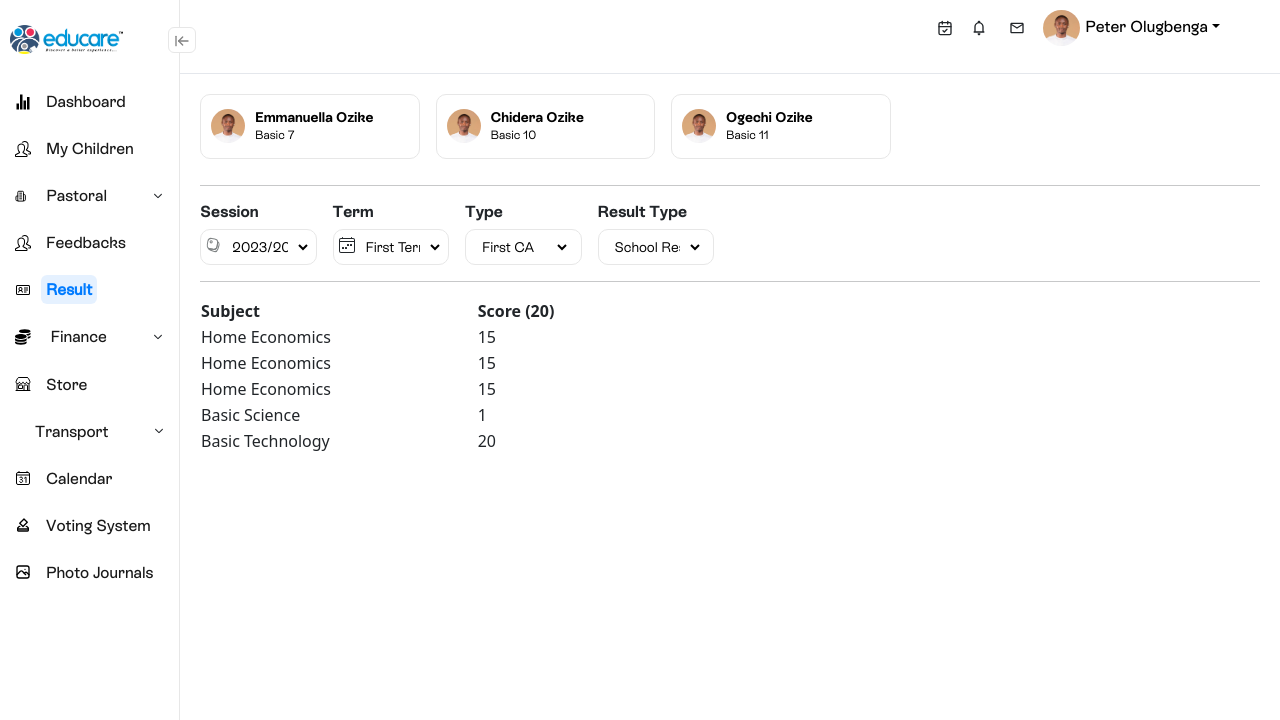
Repository: sarahnnanyelugo/educare-dashboards
Page: /result
The author's editor kept a copy of each file at every save. The page is drawn from the files as they stood at one save, then again after the next save.
The browser window is 1280 px wide. The pictures show the whole page.
The project was rebuilt for these pictures with package versions that can differ from the ones it lists, and the page was loaded fresh each time. Also part of the build but not shown: src/Dashboards/Parents/MainView/main-view.scss, src/components/News/news.scss, src/components/News/News.js, src/TestData/newsData.js, src/TestData/schEvents.js, src/components/ResultChart/ResultChart.js, src/components/Calender/calender.scss, src/components/Calender/Calender.js and 13 more.

Above is the page before, as saved 2024-10-16 12:22:11.

After the next save:
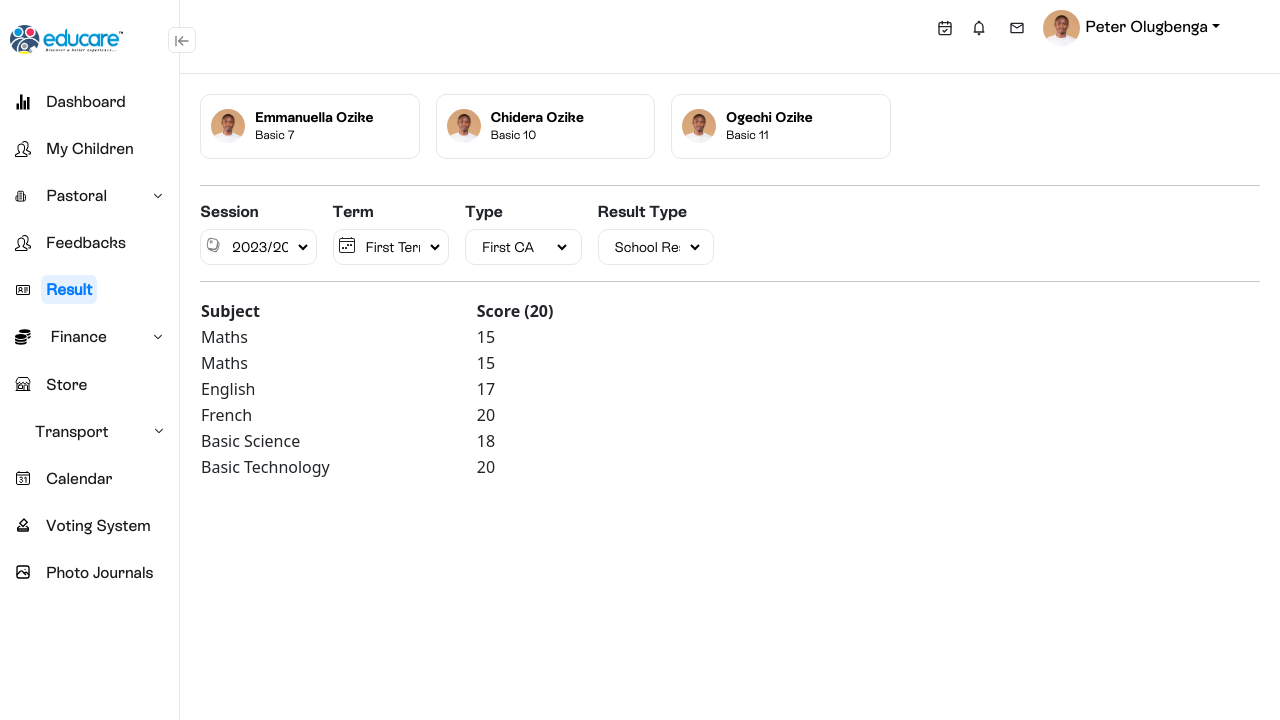
Saved 53 s later.
--- a/src/Dashboards/Parents/Result/Result.js
+++ b/src/Dashboards/Parents/Result/Result.js
@@ -91,20 +91,24 @@ export const Result = () => {
                 <th>Score (20)</th>
               </tr>
               <tr>
-                <td>Home Economics</td>
+                <td>Maths</td>
                 <td>15</td>
               </tr>
               <tr>
-                <td>Home Economics</td>
+                <td>Maths</td>
                 <td>15</td>
               </tr>
               <tr>
-                <td>Home Economics</td>
-                <td>15</td>
+                <td>English</td>
+                <td>17</td>
+              </tr>
+              <tr>
+                <td>French</td>
+                <td>20</td>
               </tr>
               <tr>
                 <td>Basic Science</td>
-                <td>1</td>
+                <td>18</td>
               </tr>
               <tr>
                 <td>Basic Technology</td>
